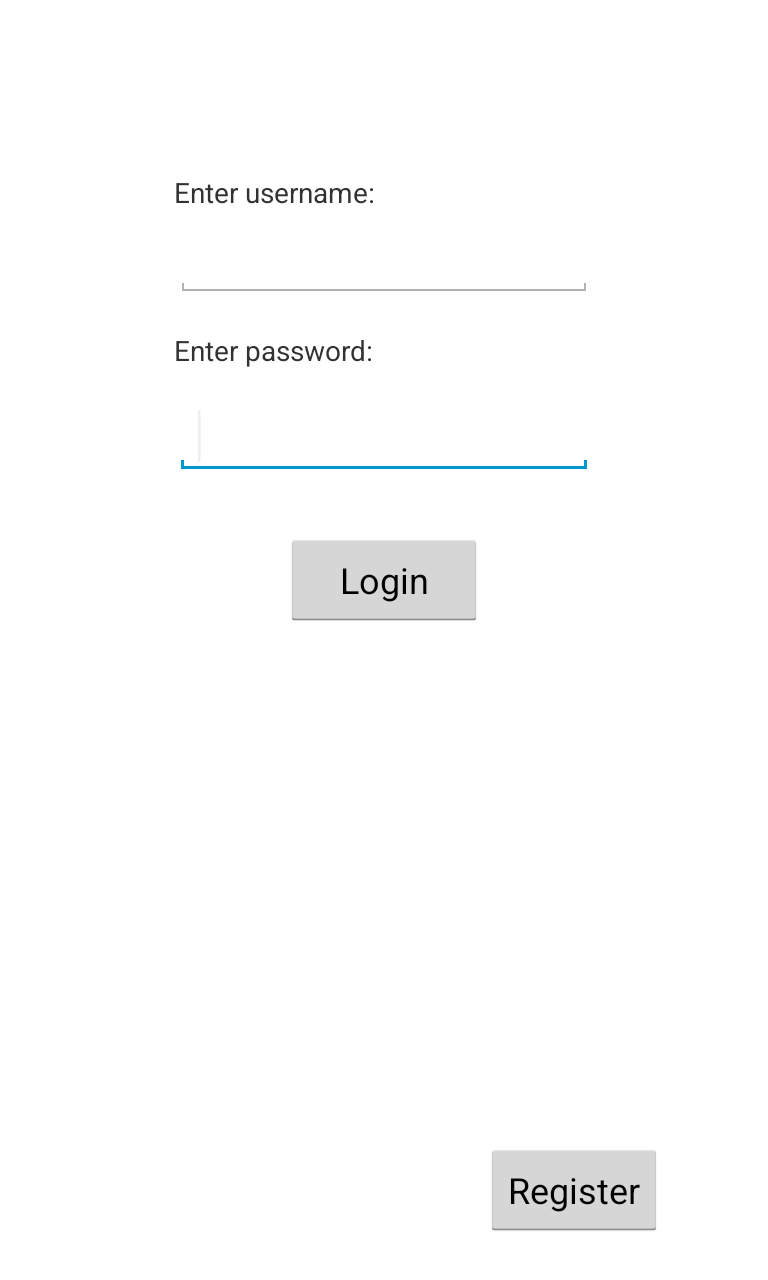
Repository: Codlex/JSMS
Layout: AndroidClient/res/layout/activity_main.xml
These files come from the project's save history. The layout is drawn as it stood at one moment and after the next save; the edit follows.
It is drawn on a 768 x 1280 px phone screen (xhdpi) without system bars, with theme AppTheme; the app's code is not run.

Above is the layout before, as saved 2013-01-04 14:46:17.

After the next save:
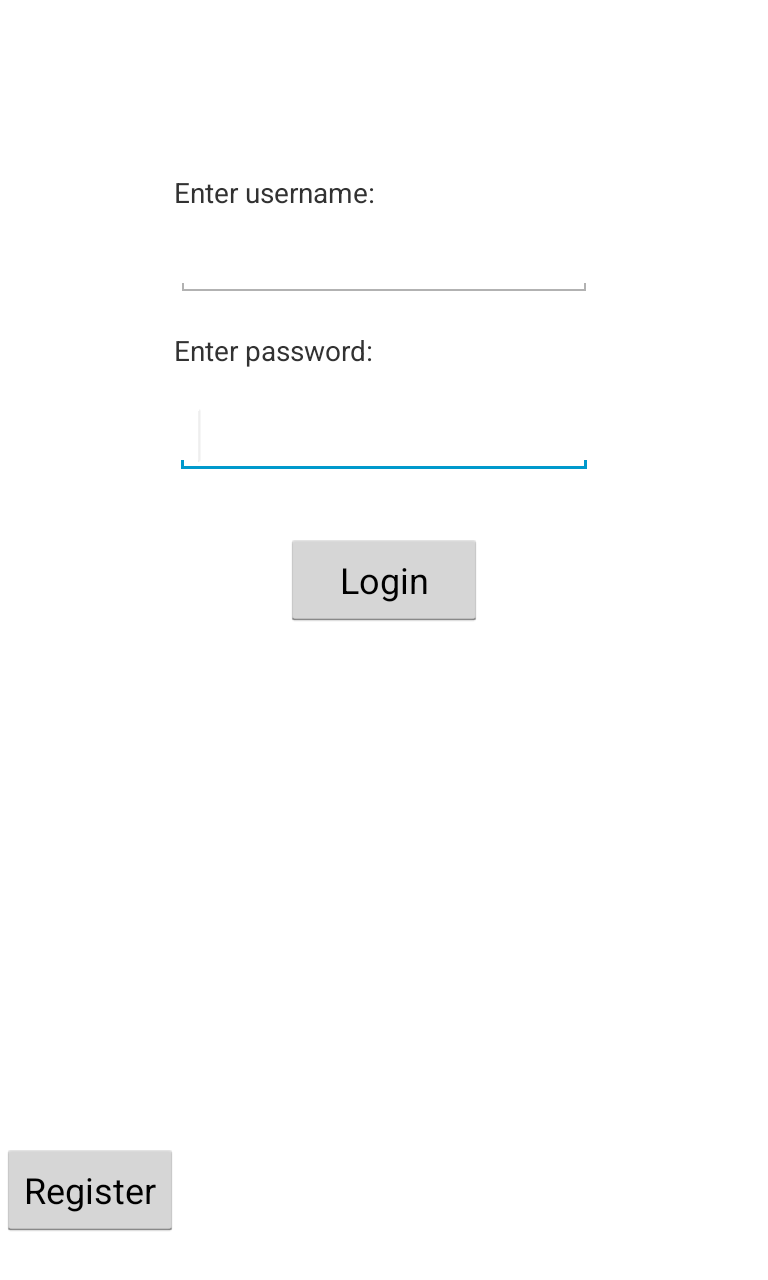
Saved 7 s later.
--- a/AndroidClient/res/layout/activity_main.xml
+++ b/AndroidClient/res/layout/activity_main.xml
@@ -56,7 +56,7 @@
         android:text="@string/register" />
 
     <Button
-        android:id="@+id/button1"
+        android:id="@+id/loginb"
         android:layout_width="100dp"
         android:layout_height="wrap_content"
         android:layout_below="@+id/password"

After the save that followed:
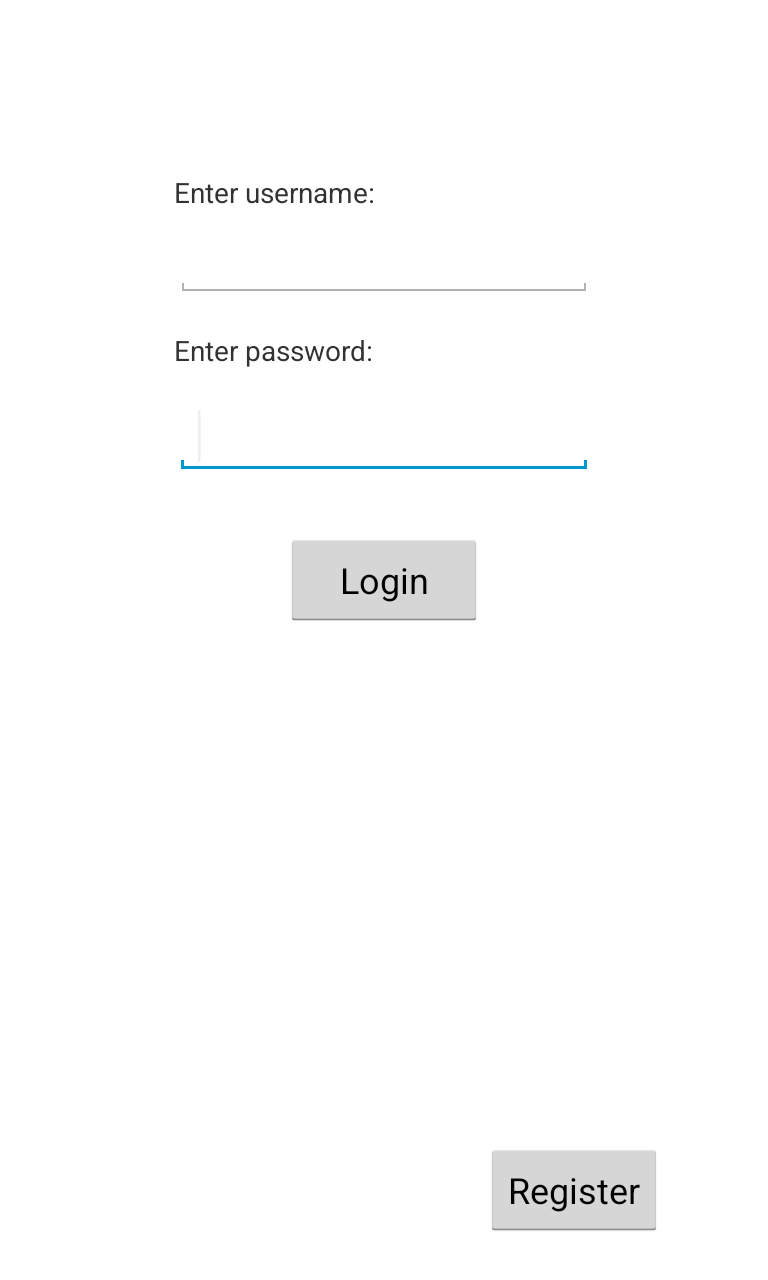
Saved 6 s later.
--- a/AndroidClient/res/layout/activity_main.xml
+++ b/AndroidClient/res/layout/activity_main.xml
@@ -52,7 +52,7 @@
         android:layout_height="wrap_content"
         android:layout_alignParentBottom="true"
         android:layout_marginBottom="21dp"
-        android:layout_toRightOf="@+id/button1"
+        android:layout_toRightOf="@+id/loginb"
         android:text="@string/register" />
 
     <Button
